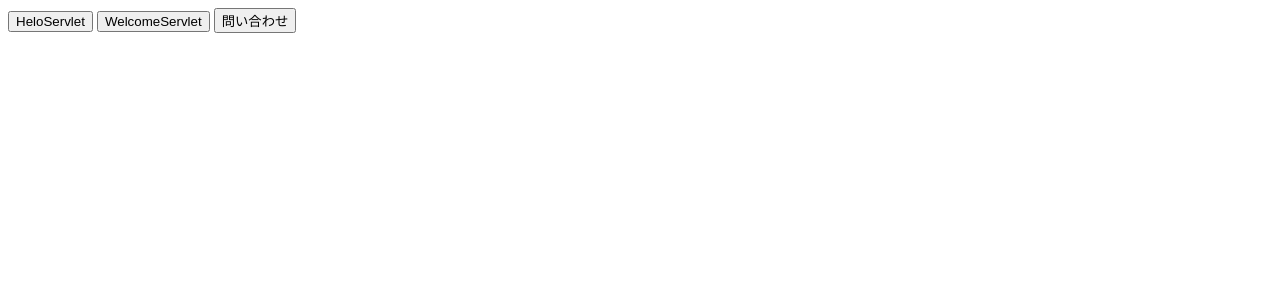
Repository: xiezom/test
Page: http://localhost/HelloServlet/
The author's editor kept a copy of each file at every save. The page is drawn from the files as they stood at one save, then again after the next save.
The browser window is 1280 px wide. The pictures show the whole page.
The page is served by Tomcat 9.

Above is the page before, as saved 2019-02-18 08:30:05.

After the next save:
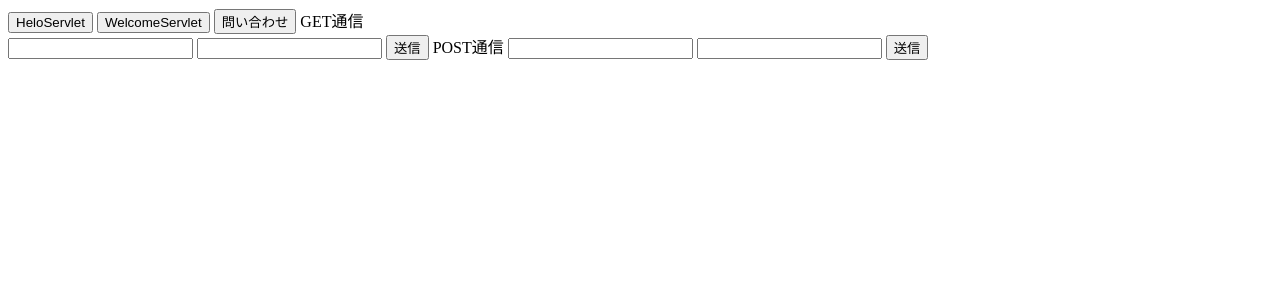
Saved 5 min 59 s later.
--- a/HelloServlet/WebContent/index.jsp
+++ b/HelloServlet/WebContent/index.jsp
@@ -10,5 +10,19 @@
 <input type="button" value="HeloServlet" onClick="location.href='HelloServlet'">
 <input type="button" value="WelcomeServlet" onClick="location.href='welcome.jsp'">
 <input type="button" value="問い合わせ" onClick="location.href='inqury.jsp'">
+
+GET通信
+<form method="get" action="TestServlet">
+<input type="text" name="username">
+<input type="passwod" name="password">
+<input type="submit" value="送信">
+
+POST通信
+<form method="post" action="TestServlet">
+<input type="text" name="username">
+<input type="passwod" name="password">
+<input type="submit" value="送信">
+</form>
+
 </body>
 </html>
